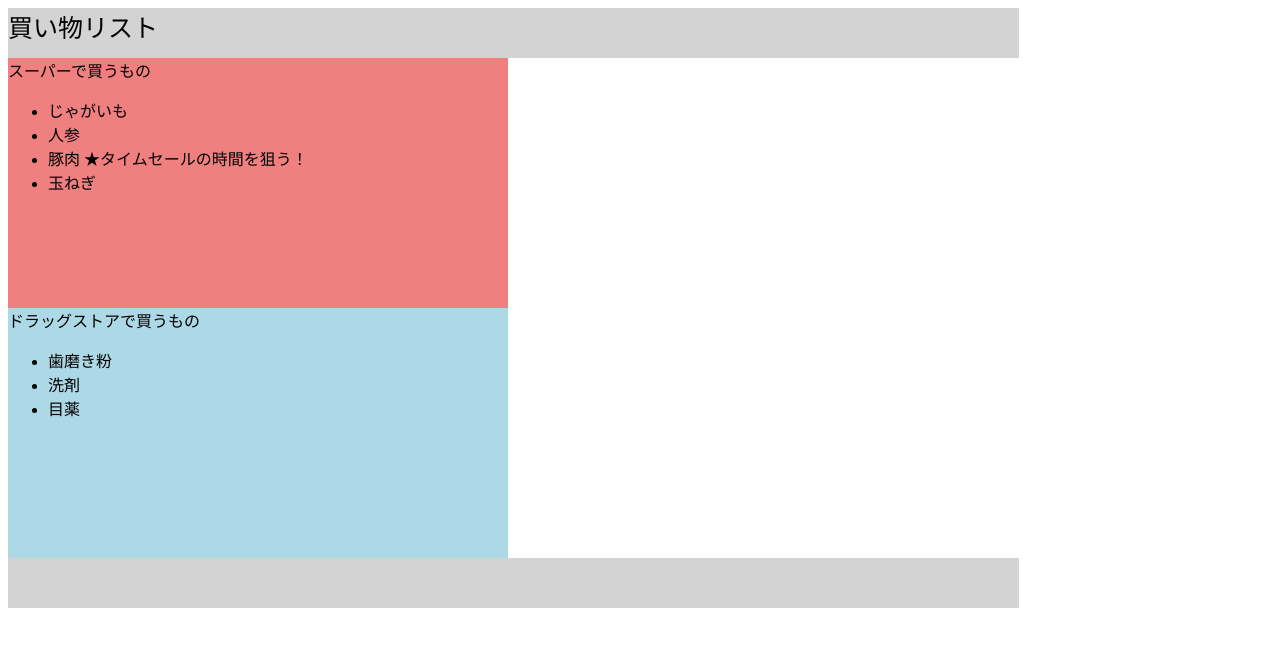
Repository: m-mao/firsa_app
Page: html_css/html_construction/index.html
The author's editor kept a record of every edit. The page is drawn from the files as they stood at one moment, then again after the next edit.
The browser window is 1280 px wide. The pictures show the whole page.

Above is the page before.

After the next edit:
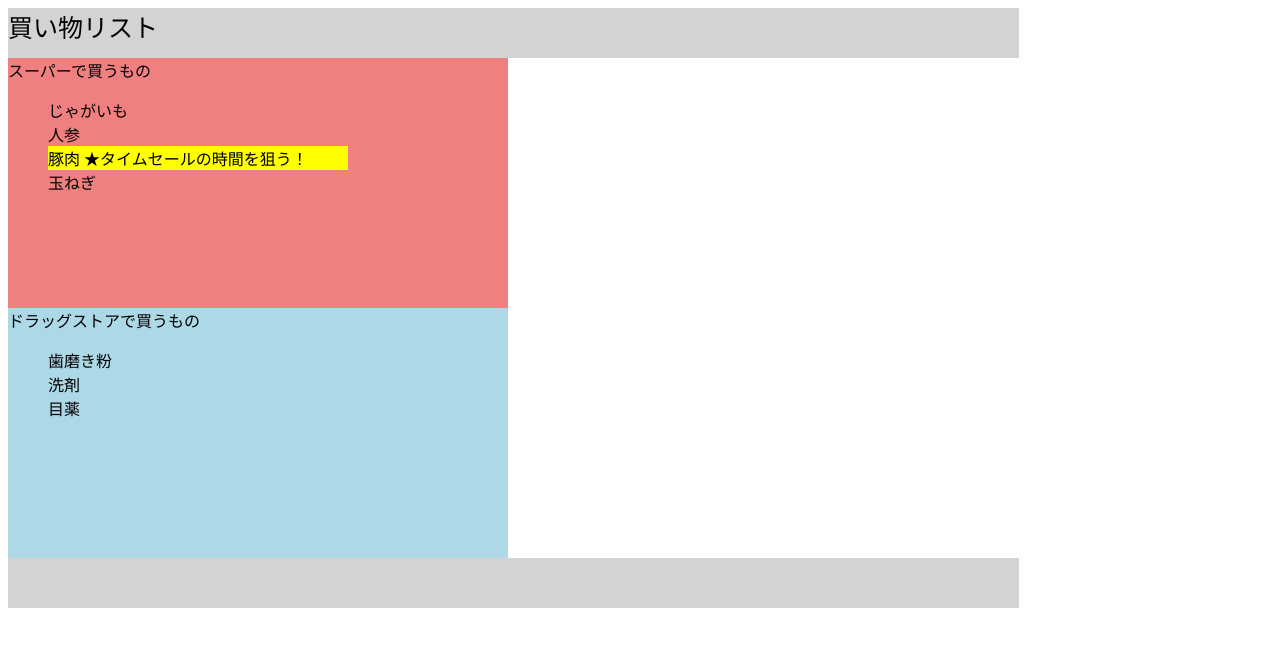
The edit:
--- a/html_css/html_construction/style.css
+++ b/html_css/html_construction/style.css
@@ -18,7 +18,15 @@
   width: 500px;
   background-color: lightblue;
 }
-
+.list{
+    list-style: none;
+}
+.lists{
+    width: 300px;
+}
+.featured{
+    background-color: yellow;
+}
 footer{
   height: 50px;
   width: 80%;
